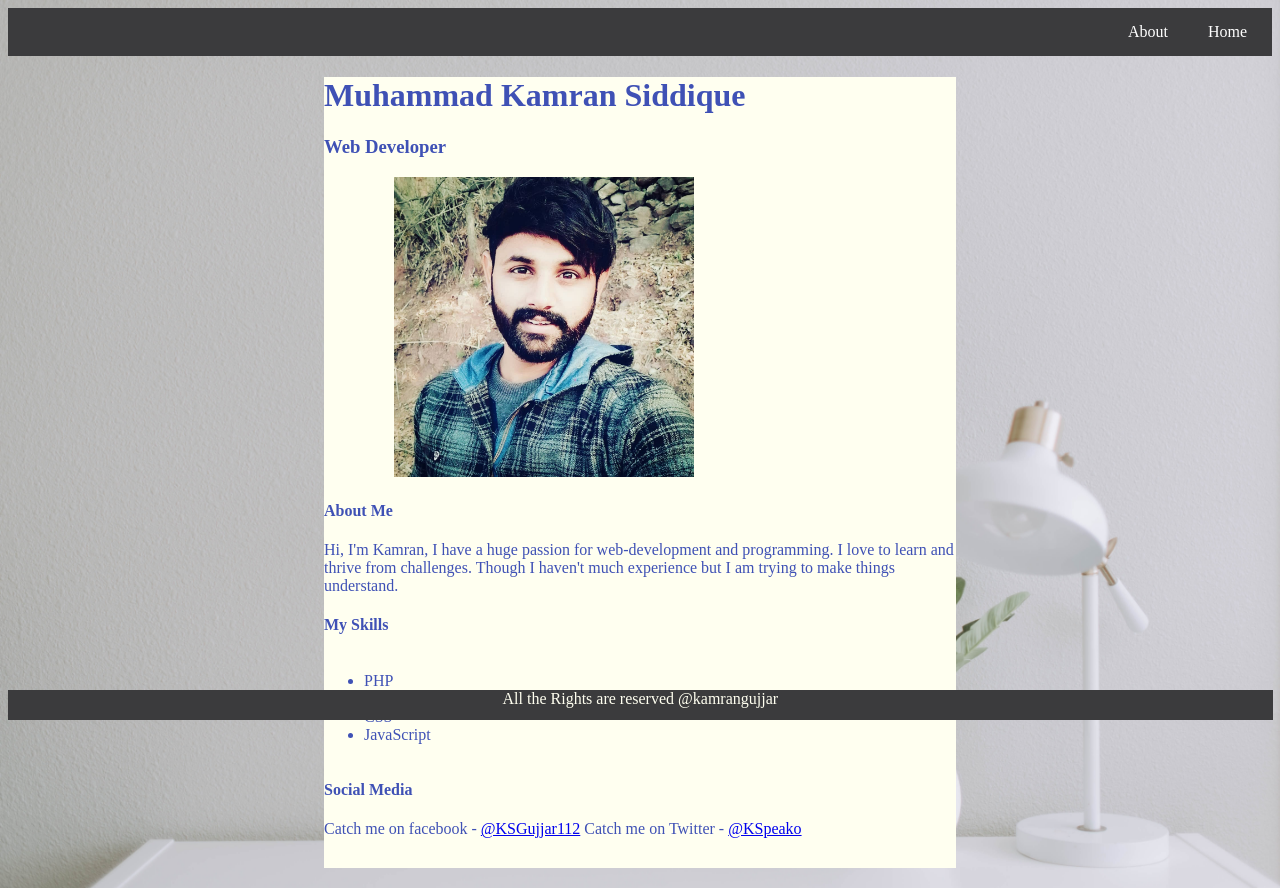
Repository: Kamrangujjar85112/Length-Converter
Page: html/about.html
The author's editor kept a copy of each file at every save. The page is drawn from the files as they stood at one save, then again after the next save.
The browser window is 1280 px wide. The pictures show the whole page.
Backgrounds fixed to the window are drawn as part of the page.

Above is the page before, as saved 2022-01-21 11:34:30.
Console error: TypeError: Cannot read properties of null (reading 'addEventListener')

After the next save:
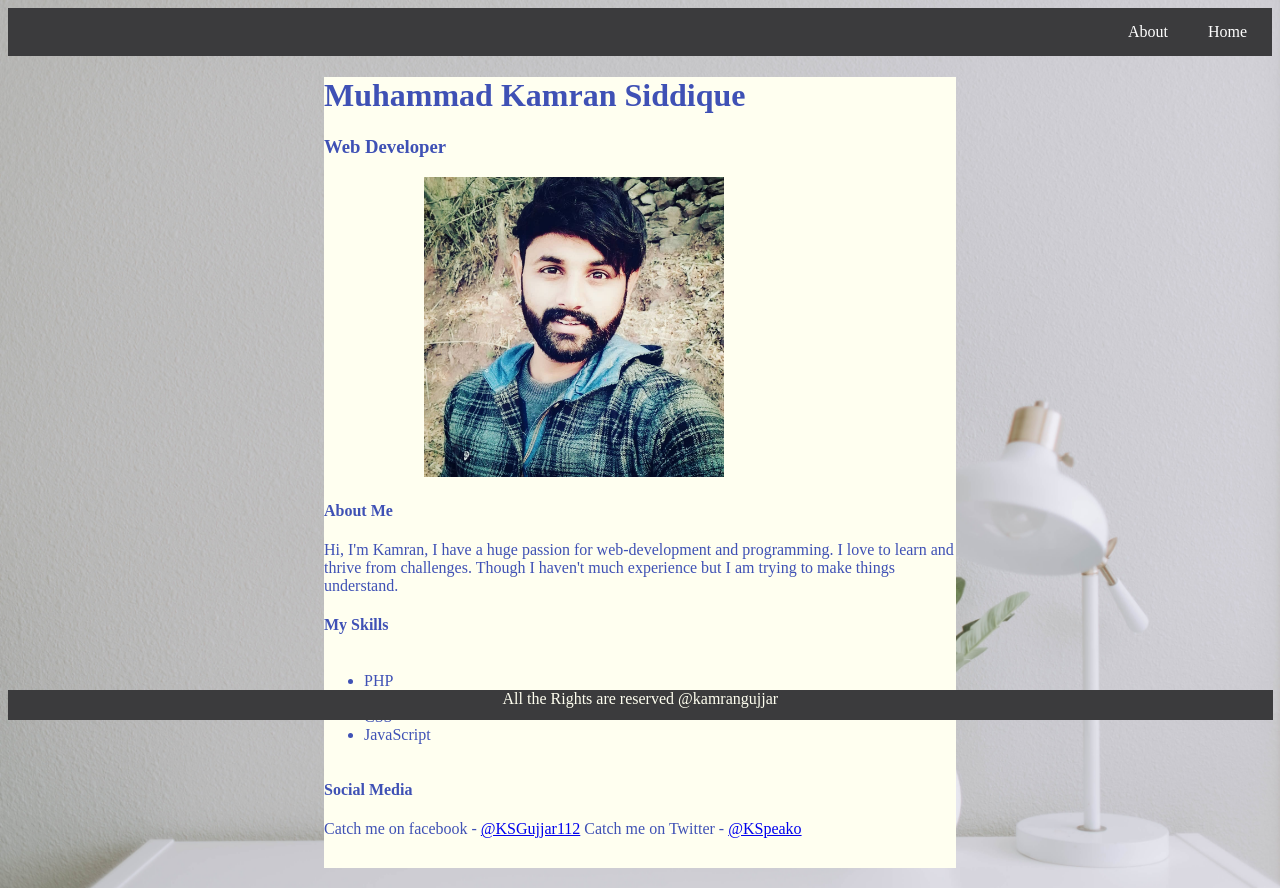
Saved 8 s later.
--- a/css/style.css
+++ b/css/style.css
@@ -23,7 +23,7 @@
 img {
   width: 300px;
   height: 300px;
-  padding-left: 70px;
+  padding-left: 100px;
 }
 .header{
     top: 0;
